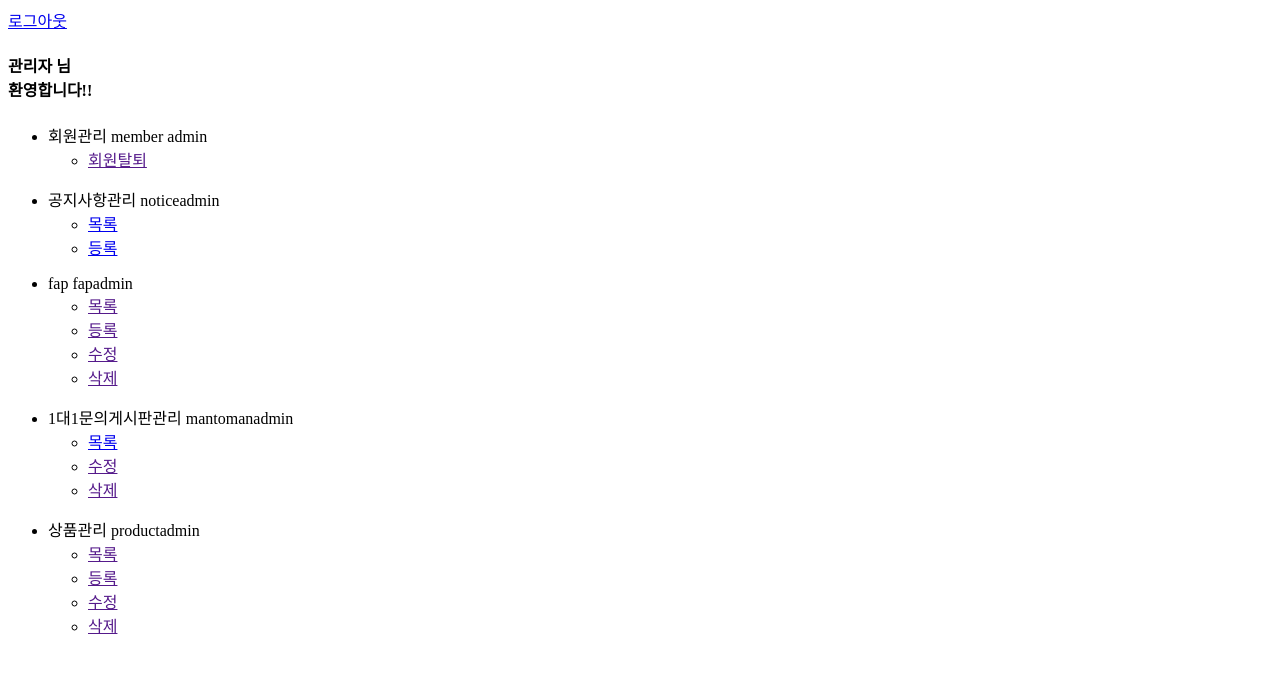
Repository: bongbongi/book1
Page: http://localhost/book/WEB-INF/views/member/memberAdmin.jsp
These files come from the project's save history. The page is drawn as it stood at one moment and after the next save; the edit follows.
The browser window is 1280 px wide. The pictures show the whole page.
The page is served by Tomcat 9. Nobody is signed in. The template is opened directly, without the code that normally fills it, so the values that code supplies are empty.

Above is the page before, as saved 2023-01-12 07:17:21.

After the next save:
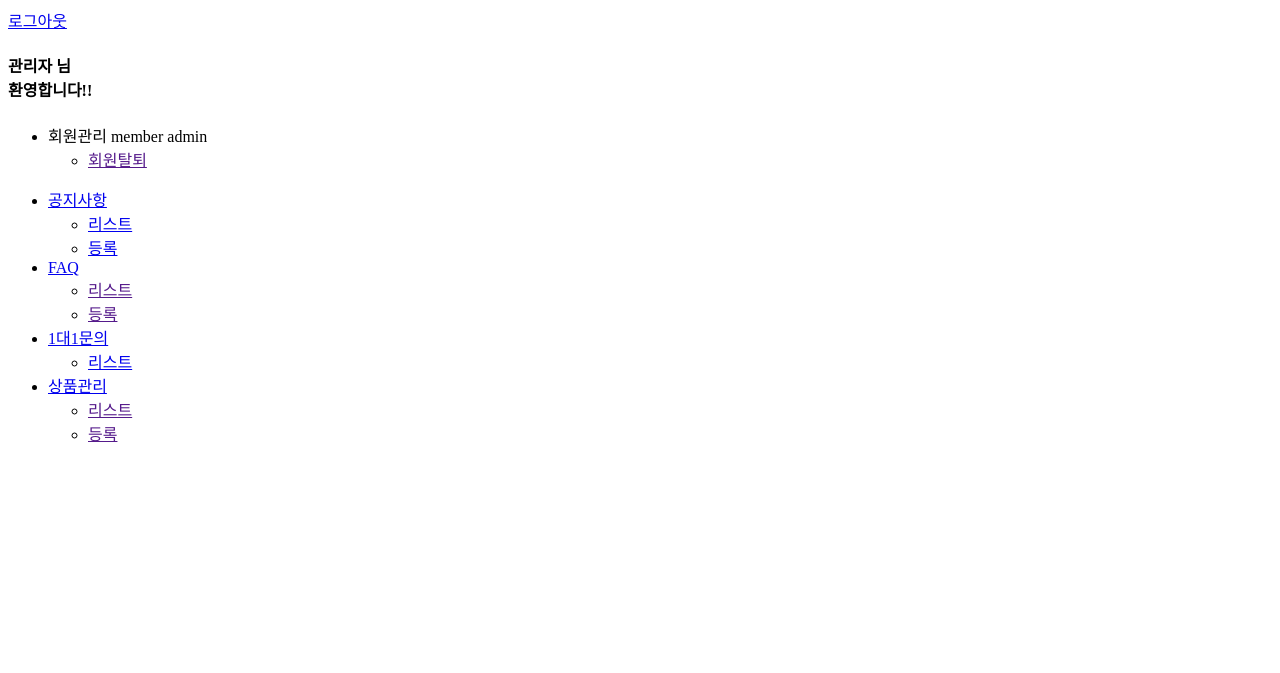
Saved 6 min 19 s later.
--- a/book/src/main/webapp/WEB-INF/views/member/memberAdmin.jsp
+++ b/book/src/main/webapp/WEB-INF/views/member/memberAdmin.jsp
@@ -24,45 +24,42 @@
                   </li>
                </ul>
 
-               <ul>
-                  <li>공지사항관리 noticeadmin
-                     <ul>
-                        <li><a href="/ntc/noticeList">목록</a></li>
-                        <li><a href="/ntc/noticeRegister">등록</a></li>
-
-                     </ul>
-                  </li>
-               </ul>
-
-               <ul>
-                  <li>fap fapadmin
-                     <ul>
-                        <li><a href="">목록</a></li>
-                        <li><a href="">등록</a></li>
-                        <li><a href="">수정</a></li>
-                        <li><a href="">삭제</a></li>
-                     </ul>
-                  </li>
-               </ul>
-               <ul>
-                  <li>1대1문의게시판관리 mantomanadmin
-                     <ul>
-                        <li><a href="/admin/list">목록</a></li>
-                        <li><a href="">수정</a></li>
-                        <li><a href="">삭제</a></li>
-                     </ul>
-                  </li>
-               </ul>
-               <ul>
-                  <li>상품관리 productadmin
-                     <ul>
-                        <li><a href="">목록</a></li>
-                        <li><a href="">등록</a></li>
-                        <li><a href="">수정</a></li>
-                        <li><a href="">삭제</a></li>
-                     </ul>
-                  </li>
-               </ul>
+				  <div class="menu_wrap">
+        <ul class="de01">
+            <li>
+                <a href="#">공지사항</a>
+                <ul class="de02">
+                    <li><a href="/ntc/noticeList">리스트</a></li>
+                    <li><a href="/ntc/noticeRegister">등록</a></li>
+
+                </ul>
+            </li>
+            <li>
+                <a href="#">FAQ</a>
+                <ul class="de02">
+                    <li><a href="">리스트</a></li>
+                    <li><a href="">등록</a></li>
+
+                </ul>
+            </li>
+            <li>
+                <a href="#">1대1문의</a>
+                <ul class="de02">
+                    <li><a href="/admin/list">리스트</a></li>
+
+                </ul>
+            </li>
+            <li>
+                <a href="#">상품관리</a>
+                <ul class="de02">
+                    <li><a href="">리스트</a></li>
+                    <li><a href="">등록</a></li>
+
+                </ul>
+            </li>
+        </ul>
+    </div>
+
 
 
 
